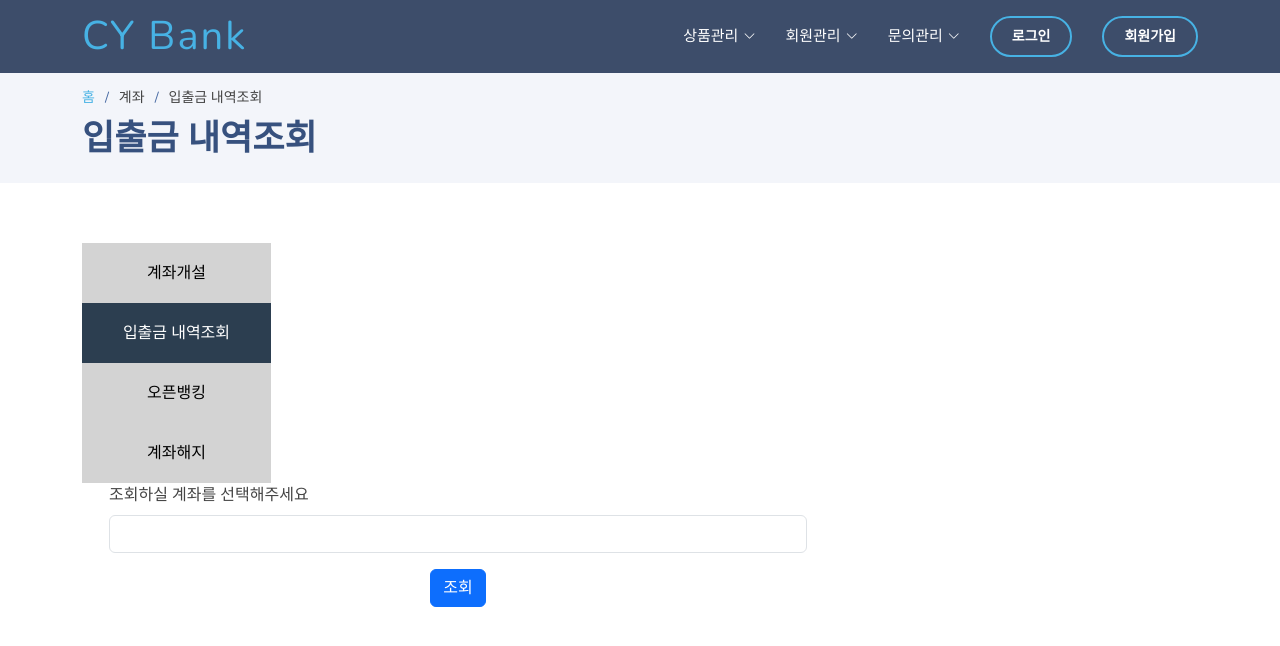
Repository: scy0814/Spring
Page: http://localhost/CYBank/jsp/transaction/TransactionHistory.jsp
An editor plug-in stored every save of this project. The page is shown before and after the next save, followed by the edit.
The browser window is 1280 px wide. The pictures show the whole page.
The page is served by Tomcat 9. The template is opened directly, without the code that normally fills it, so the values that code supplies are empty.

Above is the page before, as saved 2023-06-30 08:09:33.

After the next save:
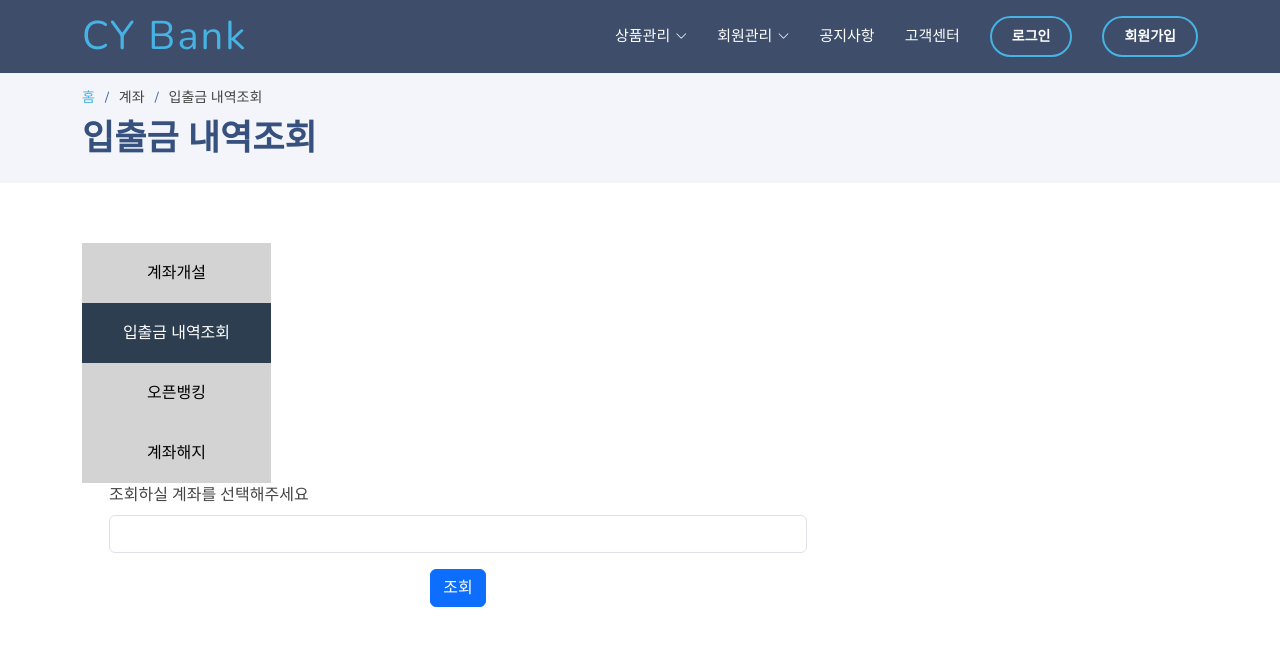
Saved 3 min 19 s later.
--- a/CYBank/src/main/webapp/jsp/include/header.jsp
+++ b/CYBank/src/main/webapp/jsp/include/header.jsp
@@ -77,14 +77,8 @@
               <li><a href="${pageContext.request.contextPath}/account.do">회원리스트</a></li>
               <li><a href="${pageContext.request.contextPath}/transactionHistory.do">휴면계좌관리</a></li>
             </ul>
-          </li>
-          <li class="dropdown"><a href="${pageContext.request.contextPath }/account.do"><span>문의관리</span> <i class="bi bi-chevron-down"></i></a>
-            <ul>
-              <li><a href="${pageContext.request.contextPath}/account.do">상품등록</a></li>
-              <li><a href="${pageContext.request.contextPath}/createAccount.do">상품수정</a></li>
-              <li><a href="${pageContext.request.contextPath}/transactionHistory.do">상품삭제</a></li>
-            </ul>
-          </li>
+          <li><a class="nav-link scrollto" href="${pageContext.request.contextPath }/myPage.do">공지사항</a></li>
+          <li><a class="nav-link scrollto" href="${pageContext.request.contextPath }/myPage.do">고객센터</a></li>
 		</c:if>
 		<c:if test="${empty user}">
           <li><a class="getstarted scrollto" href="${pageContext.request.contextPath }/login.do">로그인</a></li>
